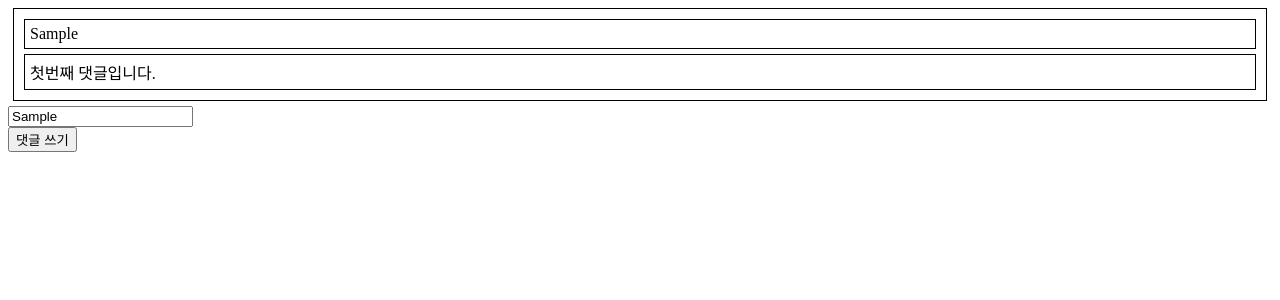
Repository: bk6717/jspwork
Page: http://localhost/blog/test/AjaxRequestTest.jsp
The author's editor kept a copy of each file at every save. The page is drawn from the files as they stood at one save, then again after the next save.
The browser window is 1280 px wide. The pictures show the whole page.
Empty fields were first filled with sample values (such as "Sample", 5 or name@example.com).
After loading, the first visible `button` was clicked once.
The page is served by Tomcat 9. Other server files are loaded and not shown.

Above is the page before, as saved 2020-06-02 05:28:51.

### blog2/src/com/cos/blog/WebContent/test/AjaxRequestTest.jsp
<%@ page language="java" contentType="text/html; charset=UTF-8"
    pageEncoding="UTF-8"%>
<!DOCTYPE html>
<html>
<head>
<meta charset="UTF-8">
<title>Insert title here</title>
<script src="https://ajax.googleapis.com/ajax/libs/jquery/3.5.1/jquery.min.js"></script>
<style>

	div{
		border : 1px solid black;
		margin : 5px;
		padding : 5px;
	}

</style>
</head>
<body>
<div id = "reply-box">
	<div id = "reply-1" class = "re">
	첫번째 댓글입니다.
	</div>
</div>
<input type = "text" id = "tf-reply"> <br/>
<button onclick = "start()"> 댓글 쓰기 </button>

<script>
function start(){
	var a = $('#tf-reply').val();
	$('#reply-box').prepend("<div id = 'reply-2'>"+a+"</div>");
}
</script>

</body>
</html>

After the next save:
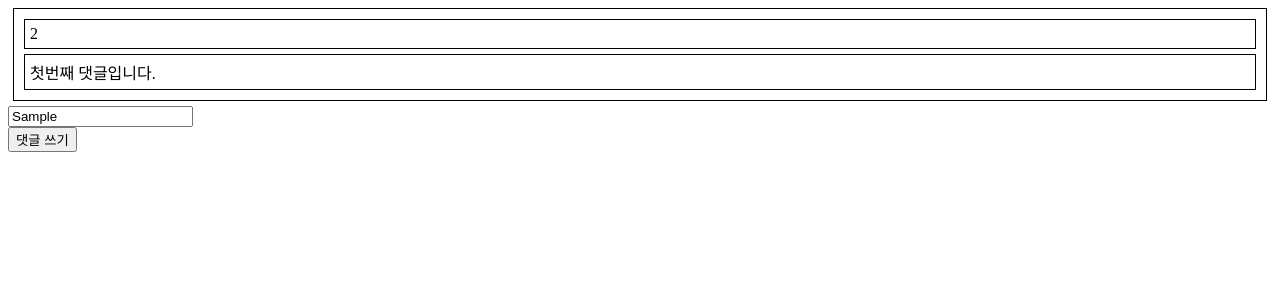
Saved 2 min 10 s later.
--- a/blog2/src/com/cos/blog/WebContent/test/AjaxRequestTest.jsp
+++ b/blog2/src/com/cos/blog/WebContent/test/AjaxRequestTest.jsp
@@ -24,11 +24,12 @@
 </div>
 <input type = "text" id = "tf-reply"> <br/>
 <button onclick = "start()"> 댓글 쓰기 </button>
-
 <script>
+var num = 1;
 function start(){
+	num++;
 	var a = $('#tf-reply').val();
-	$('#reply-box').prepend("<div id = 'reply-2'>"+a+"</div>");
+	$('#reply-box').prepend("<div id = 'reply-2'>"+num+"</div>");
 }
 </script>
 

After the 2 saves that followed:
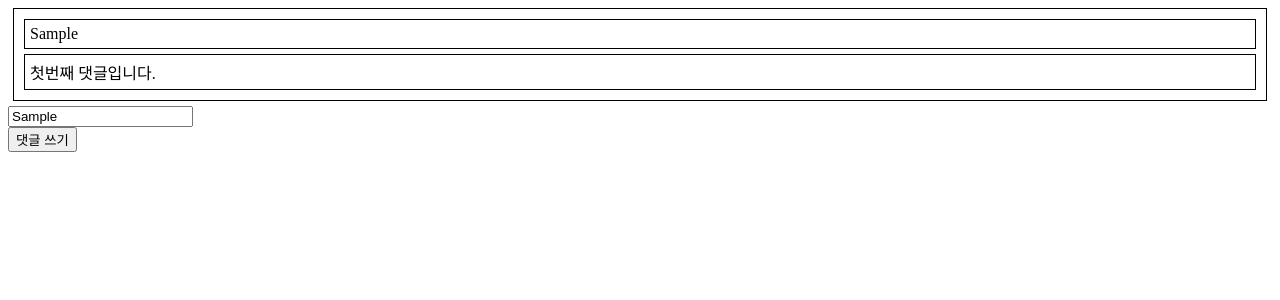
The 2 saves are shown as one change because 1 left the picture as it was.
The last was saved 72 s later.
--- a/blog2/src/com/cos/blog/WebContent/test/AjaxRequestTest.jsp
+++ b/blog2/src/com/cos/blog/WebContent/test/AjaxRequestTest.jsp
@@ -24,12 +24,13 @@
 </div>
 <input type = "text" id = "tf-reply"> <br/>
 <button onclick = "start()"> 댓글 쓰기 </button>
+
 <script>
 var num = 1;
 function start(){
 	num++;
 	var a = $('#tf-reply').val();
-	$('#reply-box').prepend("<div id = 'reply-2'>"+num+"</div>");
+	$('#reply-box').prepend("<div id = 'reply-"+num+"'>"+a+"</div>");
 }
 </script>
 
